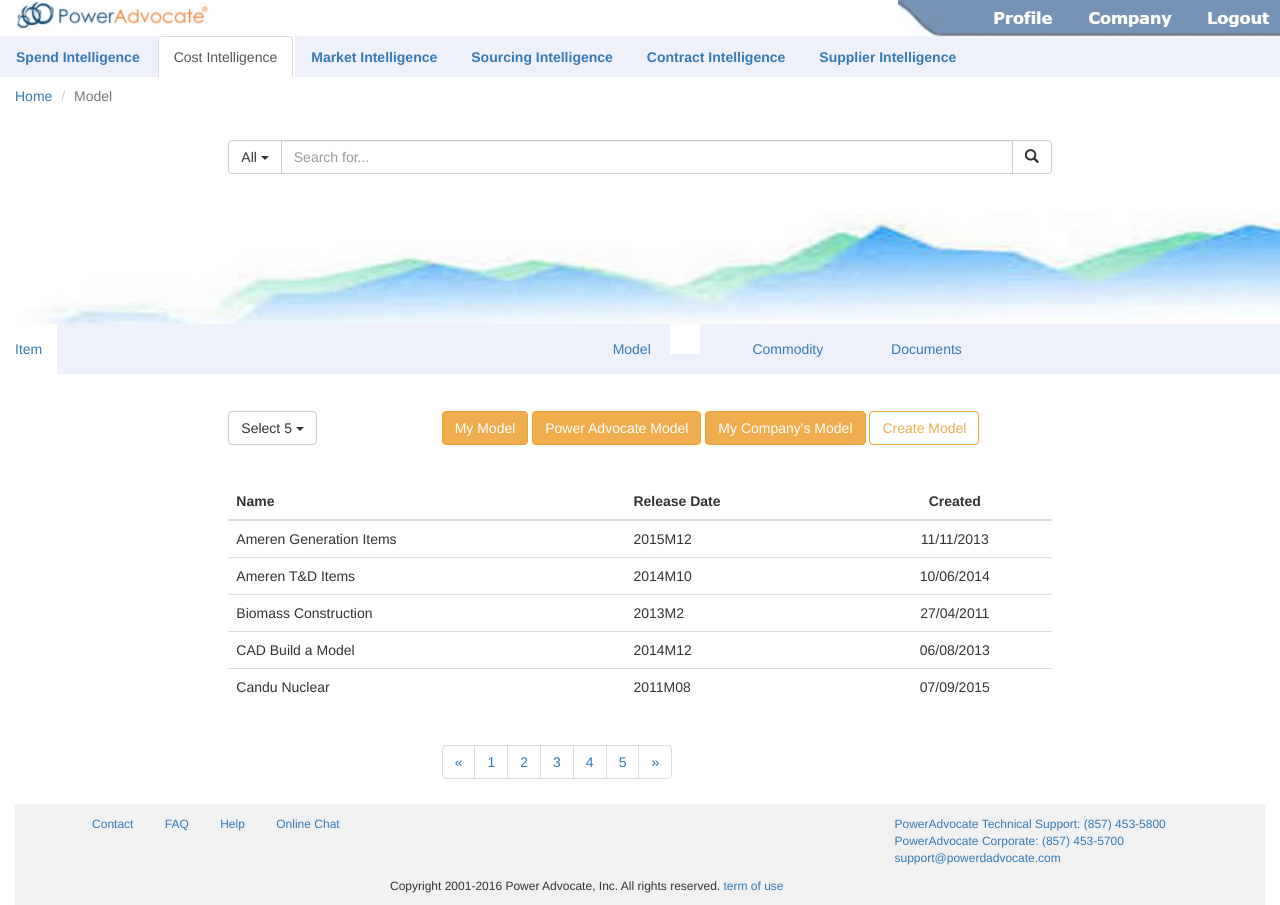
Repository: SamiraMansouri/PowerAdvocate-CostIntelligence-Application-new-Design-using-UserExperience-Method-
Page: http://localhost/PowerAdvocate/WEB-INF/views/Item.jsp
The author's editor kept a copy of each file at every save. The page is drawn from the files as they stood at one save, then again after a run of saves.
The browser window is 1280 px wide. The pictures show the whole page.
The page is served by Tomcat 9. Nobody is signed in. The template is opened directly, without the code that normally fills it, so the values that code supplies are empty.

Above is the page before, as saved 2016-04-25 01:47:18.

After the next 2 saves:
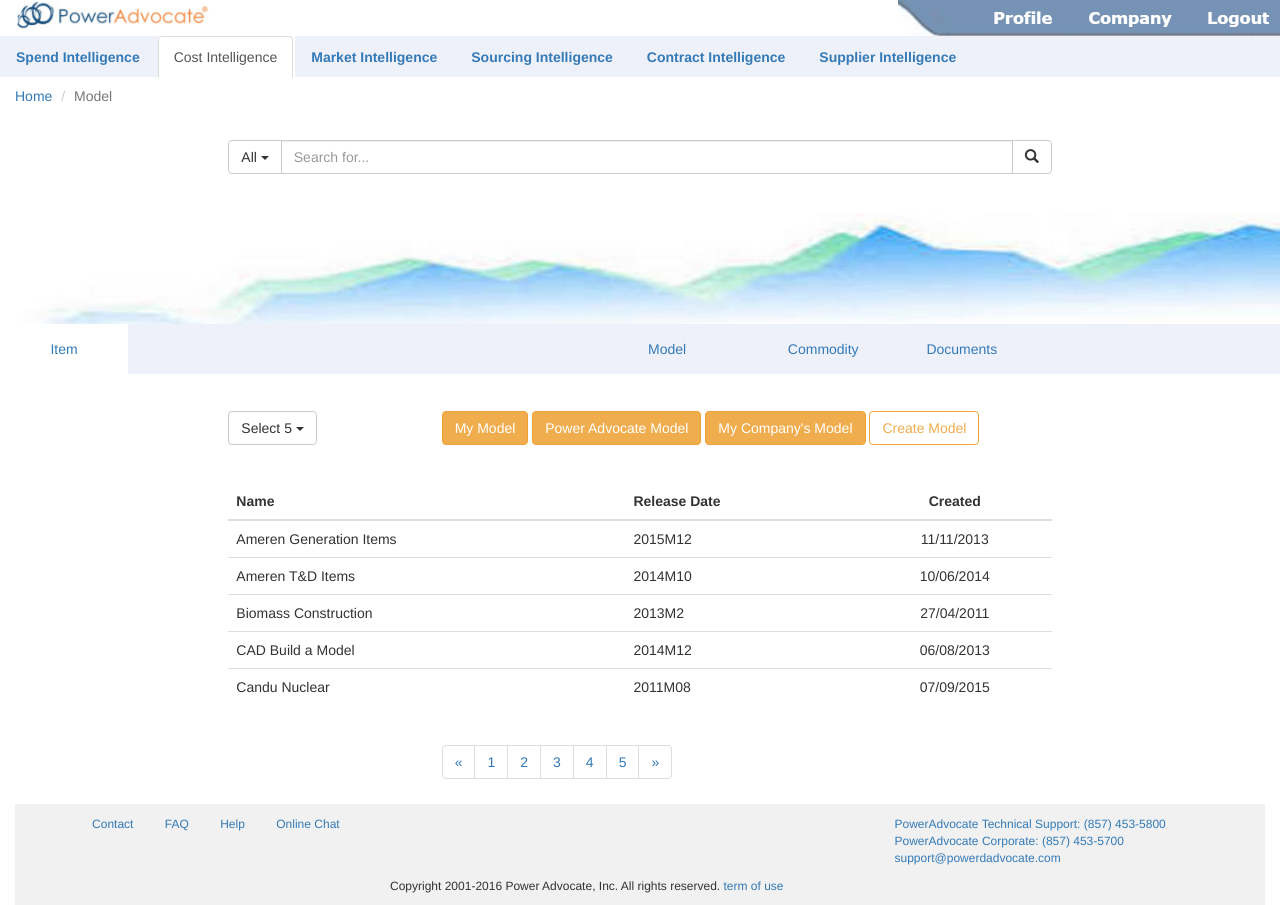
The 2 saves are shown as one change because they came seconds apart.
The last was saved 39 s later.
--- a/PowerAdvocate-Prototype/PowerAdvocate/src/main/webapp/WEB-INF/views/Item.jsp
+++ b/PowerAdvocate-Prototype/PowerAdvocate/src/main/webapp/WEB-INF/views/Item.jsp
@@ -207,8 +207,8 @@
 				<li><a href="#"></a></li>
 				<li><a href="#"></a></li>
 					<li ><a href="#">Model</a></li>
-									<li class="active"><a href="#"></a></li>
-					<li class="pull-left active"><a href="/prototype/Item">  Item</a></li>
+									<li><a href="#"></a></li>
+					<li class="pull-left active" style="width:10%"><a href="/prototype/Item">Item</a></li>
 									<li><a href="#"></a></li>
 					<li><a href="/prototype/Commodity">Commodity</a></li>
 									<li><a href="#"></a></li>
